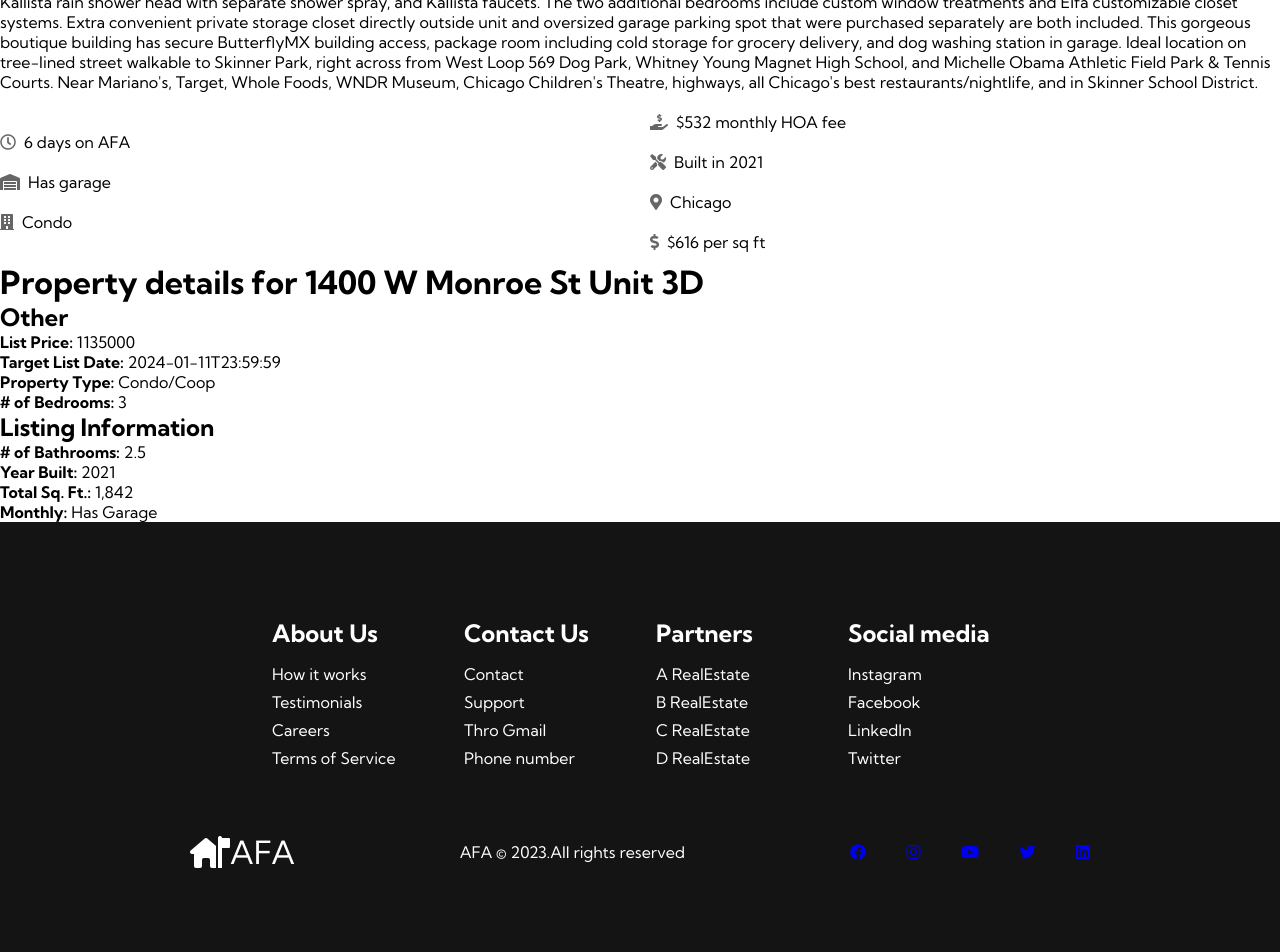
Repository: MrAllin1/ProgWWW_23_Gr1
Page: pages/Apartment1.html
These files come from the project's save history. The page is drawn as it stood at one moment and after the next save; the edit follows.
The browser window is 1280 px wide. The pictures show the part of the page from y = 817 to 1769 px (the page is 1769 px tall before and 1729 px after).
A picture or video elsewhere on the page could not be fetched, so the positions and the page height are approximate. Some web libraries are served in a nearby version.

Above is the page before, as saved 2024-01-11 02:30:04.

After the next save:
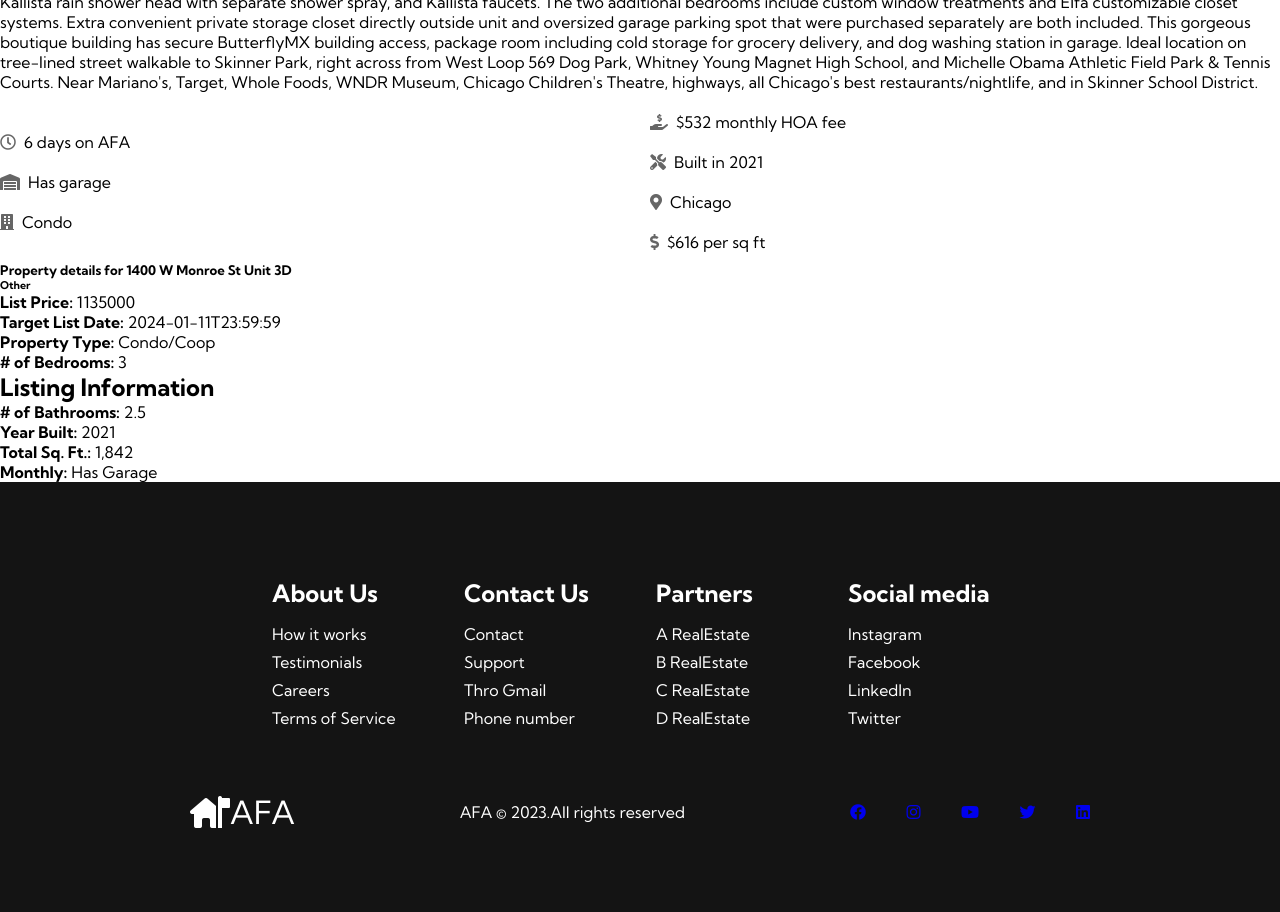
Saved 94 s later.
--- a/pages/Apartment1.html
+++ b/pages/Apartment1.html
@@ -117,11 +117,11 @@
     </div>
 
     <div class="container">
-        <h1>Property details for 1400 W Monroe St Unit 3D</h1>
+        <h5>Property details for 1400 W Monroe St Unit 3D</h5>
 
         <div class="details">
           <div class="section">
-            <h2>Other</h2>
+            <h6>Other</h6>
             <ul>
               <li><strong>List Price:</strong> 1135000</li>
               <li><strong>Target List Date:</strong> 2024-01-11T23:59:59</li>
